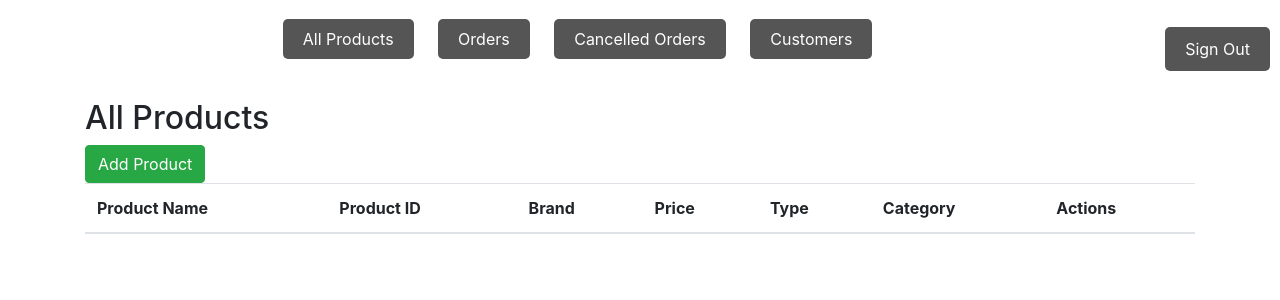
Repository: navaneethaenjam/flask-shop-ease
Page: http://localhost/all_products
An editor plug-in stored every save of this project. The page is shown before and after a run of saves, followed by the edit.
The browser window is 1280 px wide. The pictures show the whole page.
The page is served by the project's application, run on Flask 3 (app.py). Queries for data that is not in the repository find no rows.

Above is the page before, as saved 2024-05-02 09:28:35.

After the next 4 saves:
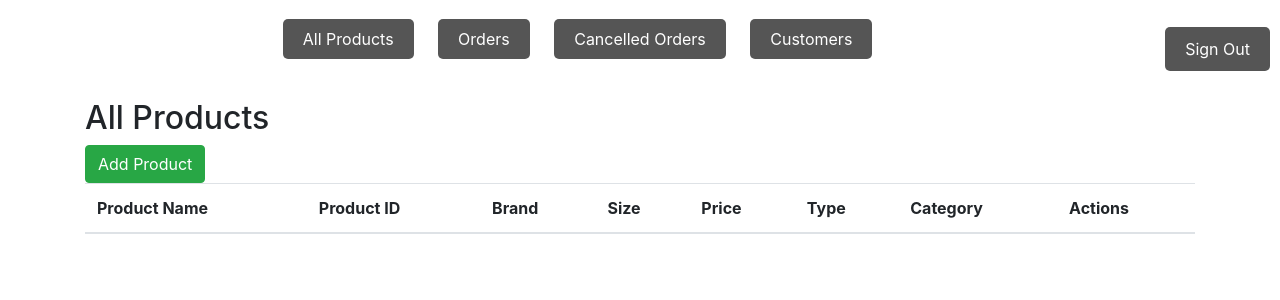
The 4 saves are shown as one change because they came seconds apart.
The last was saved 10 s later.
--- a/templates/all_products.html
+++ b/templates/all_products.html
@@ -68,6 +68,7 @@
                     <th>Product Name</th>
                     <th>Product ID</th>
                     <th>Brand</th>
+                    <th>Size</th>
                     <th>Price</th>
                     <th>Type</th>
                     <th>Category</th>
